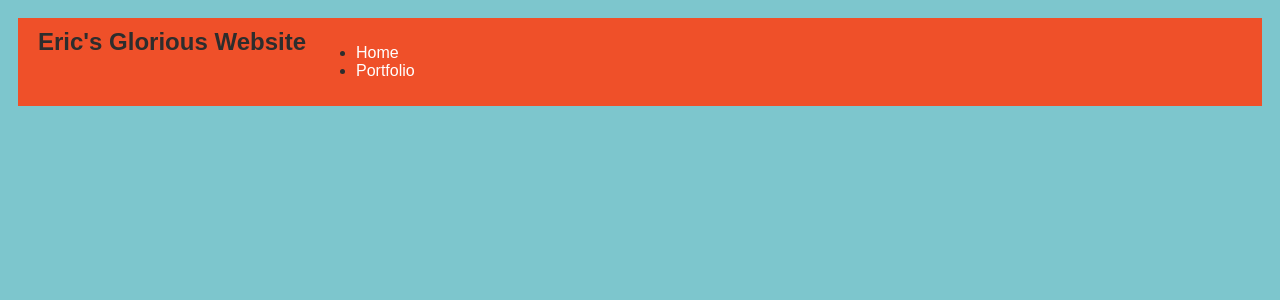
Repository: ejeric23/basic-website
Page: portfolio.html
The author's editor kept a record of every edit. The page is drawn from the files as they stood at one moment, then again after the next edit.
The browser window is 1280 px wide. The pictures show the whole page.

Above is the page before.

After the next edit:
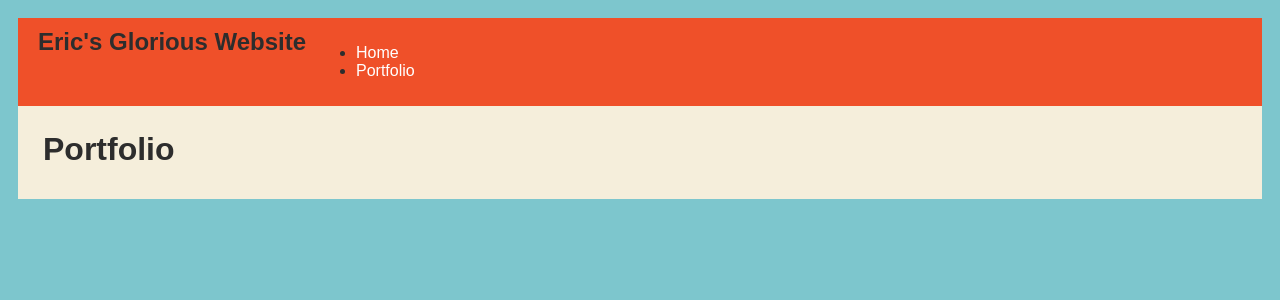
The edit:
--- a/portfolio.html
+++ b/portfolio.html
@@ -86,6 +86,15 @@
 
         </nav>
 
+        <main>
+            <div class="content">
+                <h1> Portfolio </h1>
+                <ul id="portfolio">
+                </ul>
+            </div>
+
+        </main>
+
         <div id="all-contents">
 
         </div>
